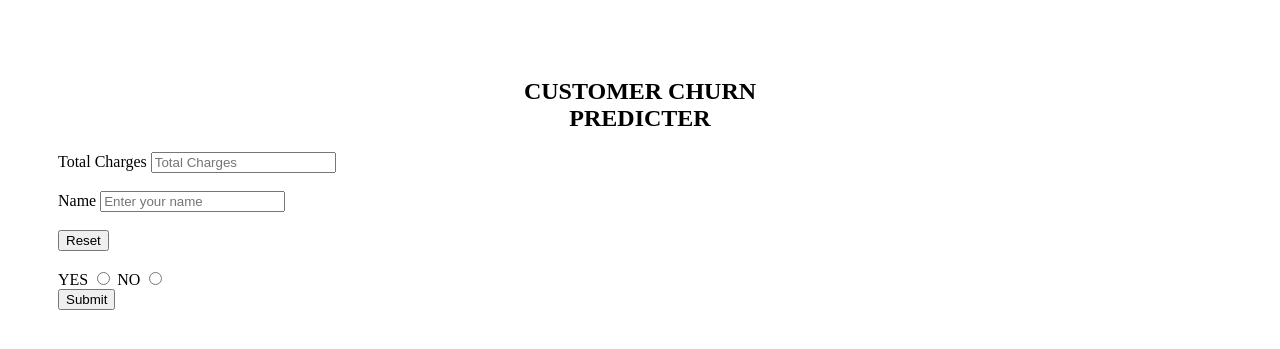
Repository: Cedrqmwesigwa/customer-churn-Bank
Page: index.html
An editor plug-in stored every save of this project. The page is shown before and after the next save, followed by the edit.
The browser window is 1280 px wide. The pictures show the whole page.

Above is the page before, as saved 2024-05-21 03:36:40.

### index.html
<!DOCTYPE html>
<html>
    <head>
        <meta charset= 'UTF-8' >
        <title>ML API</title>

    </head>

    <body>
        <style>
            body{
	        padding: 50px;
            padding-top: 20;
}
            input [ type="text" ] {
                padding: 10%;
                border: 1px;
                border-radius: 4px;
            }
            /* label{
                /* font-weight:bold; */
            /* } */

        </style>
        <section>
            <div class="login">
                <!-- <div style="center"></div> -->
                <h1 style="text-align: center;"> CUSTOMER CHURN <br> PREDICTER</h1>
        </section>

            <section>
                <form action=" {{url for (predict)}}" method="POST">
                    <div>
                        <label for="Total Charges"> Total Charges  </label>
                        <input type="number" name="Total Charges" id="name" placeholder="Total Charges" required="required" />
                    </div>

                    <br>

                    <div>
                        <label for="name"> Name </label>
                        <input type="text" name="name" id="name" placeholder="Enter your name" required="required" />
                    </div>

                    <br>

                    <div>
                        <input type="reset">
                    </div>

                    <br>

                    <div>
                        <label>YES</label>
                        <input type="radio" name="title">

                        <label>NO</label>
                        <input type="radio" name="title">
                    </div>

                    <div>
                        <input type="submit">
                    </div>








                </form>
            </section>


        </div>
    </body>
</html>

After the next save:
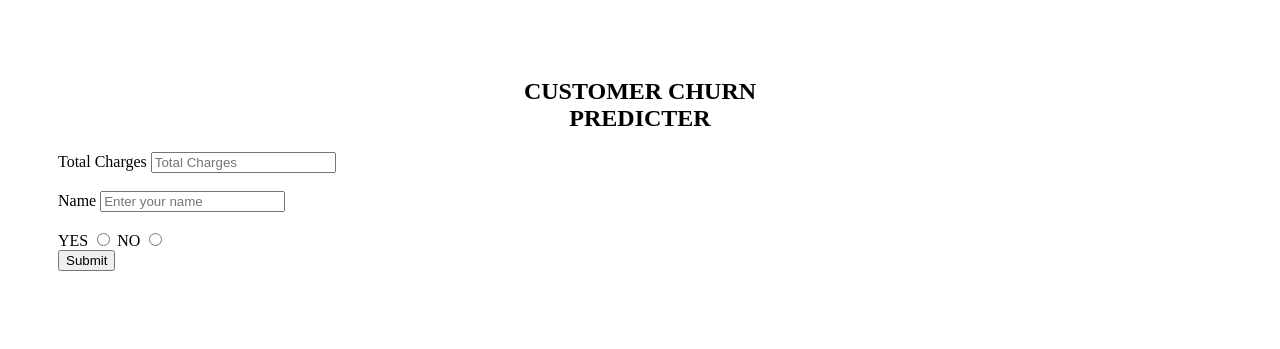
Saved 14 s later.
--- a/index.html
+++ b/index.html
@@ -42,11 +42,7 @@
                         <input type="text" name="name" id="name" placeholder="Enter your name" required="required" />
                     </div>
 
-                    <br>
 
-                    <div>
-                        <input type="reset">
-                    </div>
 
                     <br>
 
